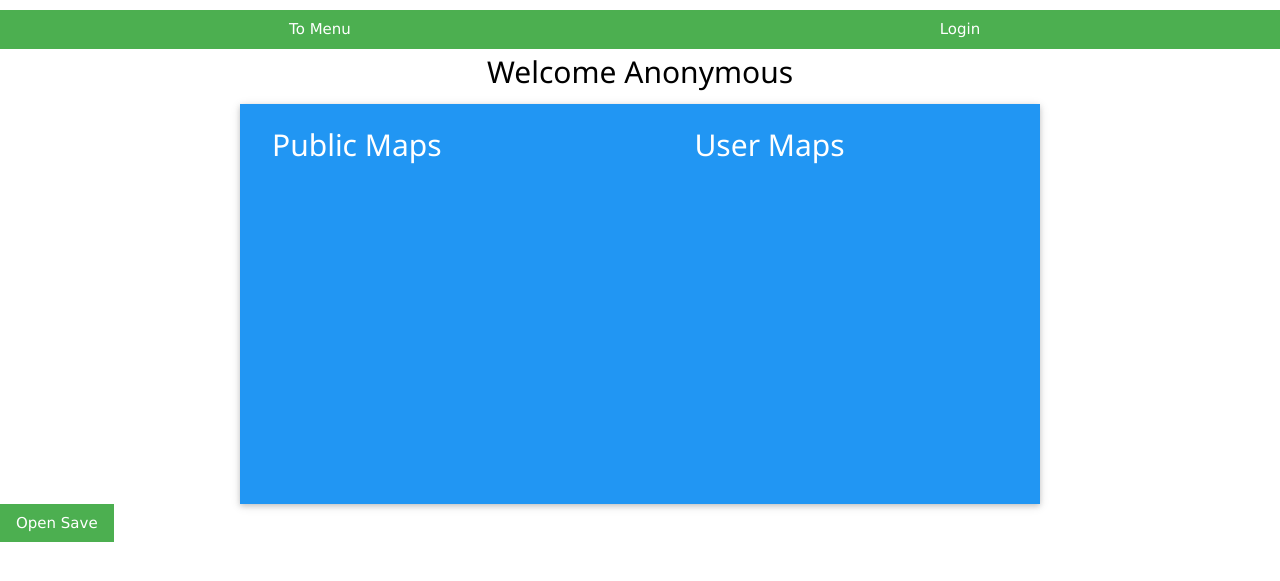
Repository: ReactorDevelopment/environment
Page: public/database.html
The author's editor kept a record of every edit. The page is drawn from the files as they stood at one moment, then again after the next edit.
The browser window is 1280 px wide. The pictures show the whole page.
The page's requests for data from a server got no answer.

Above is the page before.

### public/database.html
<html lang="en">
    <head>
        <meta charset="UTF-8">
        <title>Title</title>
        <script src="https://ajax.googleapis.com/ajax/libs/jquery/3.5.1/jquery.min.js"></script>
    </head>
    <meta name="viewport" content="width=device-width, initial-scale=1">
    <link rel="stylesheet" href="https://www.w3schools.com/w3css/4/w3.css">
    <body>
        <div style="width:100%">
            <button onclick="toMenu()" class="w3-half w3-button w3-green w3-hover-light-green">To Menu</button>
            <button id="loginBtn" class="w3-half w3-button w3-green w3-hover-light-green"></button>
        </div>
        <h2 id="welcome" class="w3-center"></h2>
        <div style="height:400px; width:800px; margin: auto;" class="w3-container w3-blue w3-card">
            <ul id="saveHolder" class="w3-ul" style="width:45%; height:100%; overflow:auto; top:0; float: left;">
                <li><h2>Public Maps</h2></li>
            </ul>
            <ul id="userSaveHolder" class="w3-ul" style="width:45%; height:100%; overflow:auto; top:0; float: right;">
                <li><h2>User Maps</h2></li>
            </ul>
        </div>
        <button onclick="toMap()" class="w3-button w3-green w3-hover-light-green">Open Save</button>
        <button id="visToggle" onclick="setVisibility()" style="float: right; visibility: hidden;"></button>
        <p id="showErr"></p>
    </body>
    <script>
        let saves = [];
        let queried = 0;
        let name;
        let username;
        let userId;
        dbInit();
        let selectedSave;
        function dbInit(){
            name = getCookie("name");
            username = getCookie("username");
            userId = getCookie("userid");
            if(name !== null && name !== ""){
                document.getElementById("welcome").innerHTML = "Welcome "+name;
                document.getElementById("loginBtn").innerHTML = "Logout";
                document.getElementById("loginBtn").onclick = function(){logout()};
            }
            else{
                document.getElementById("welcome").innerHTML = "Welcome Anonymous";
                document.getElementById("loginBtn").innerHTML = "Login";
                document.getElementById("loginBtn").onclick = function(){toLogin()};
            }
            refreshTables()
        }
        function refreshTables(){
            const request = new XMLHttpRequest();
            const url='/querrymaps';
            request.open("POST", url, true);
            request.send(null);

            request.onreadystatechange = (e) => {
                try{
                    parseTable(request.responseText);
                    showSaves();
                }catch(e){}
            };
        }
        function parseTable(jsonStr){
            if(jsonStr.length === 0) return;
            let response = JSON.parse(jsonStr);
            saves = [];
            for(let i=0; i<response.length; i++){
                console.log("Response "+i+": "+response[i].id);
                saves.push([response[i].file, response[i].username, response[i].content, response[i].public, response[i].id]);
            }
        }
        function loadSave(saveTile){
            console.log("Id: "+saveTile.id);
            for(let i=0; i<document.getElementById("saveHolder").childElementCount; i++)
                document.getElementById("saveHolder").children[i].classList.remove("w3-green");
            for(let i=0; i<document.getElementById("userSaveHolder").childElementCount; i++)
                document.getElementById("userSaveHolder").children[i].classList.remove("w3-green");
            saveTile.classList.add("w3-green");
            selectedSave = saveTile;

            for(let i=0; i<saves.length; i++)
                if(selectedSave.id === (saves[i][1]+"."+saves[i][0]) && saves[i][1] === username){
                    document.getElementById("visToggle").style.visibility = "visible";
                    if(saves[i][3] === 0)
                        document.getElementById("visToggle").innerHTML = "Make Visible";
                    else
                        document.getElementById("visToggle").innerHTML = "Make Private";
                    break;
                }
                else if(selectedSave.id === (saves[i][1]+"."+saves[i][0]))
                    document.getElementById("visToggle").style.visibility = "hidden";

        }
        function showSaves(){
            document.getElementById("saveHolder").innerHTML = "<li><h2>Public Maps</h2></li>";
            document.getElementById("userSaveHolder").innerHTML = "<li><h2>User Maps</h2></li>";
            for(let i=0; i<saves.length; i++){
                let save = document.createElement("LI");
                save.id = saves[i][1]+"."+saves[i][0];
                save.className = "saveTile w3-container w3-hover-light-green";
                save.addEventListener("click", function(){
                    loadSave(this);
                });

                let name = document.createElement("SPAN");
                name.innerHTML = saves[i][0];
                name.style="width:50%; float:left";

                let author = document.createElement("SPAN");
                author.style="width:50%; float:right";
                author.innerHTML = saves[i][1];

                save.appendChild(name);
                save.appendChild(author);

                if(saves[i][3] === 0 && saves[i][1] === username)
                    document.getElementById("userSaveHolder").appendChild(save);
                else if(saves[i][3] === 1)
                    document.getElementById("saveHolder").appendChild(save);

            }
            if(document.getElementById("saveHolder").childElementCount === 0 && queried === 1){
                let msg = document.createElement("P");
                msg.innerHTML = "Nothing to see here";
                document.getElementById("saveHolder").appendChild(msg);
            }
        }
        function setVisibility(){
            if(selectedSave !== undefined){
                for(let i=0; i<saves.length; i++){
                    if(selectedSave.id === (saves[i][1]+"."+saves[i][0]) && saves[i][1] === username){
                        const request = new XMLHttpRequest();
                        const url='/mapvisibility';
                        let isVisible;
                        if(saves[i][3] === 0) isVisible = 1;
                        else isVisible = 0;
                        let params = 'mapid='+saves[i][4]+'&vis='+isVisible;
                        request.open("POST", url, true);
                        request.setRequestHeader("Content-type", "application/x-www-form-urlencoded");
                        request.onreadystatechange = (e) => {
                            console.log(request.responseText);
                            document.getElementById("saveHolder").innerHTML = "";
                            document.getElementById("userSaveHolder").innerHTML = "";
                            refreshTables();
                        };
                        request.send(params);
                        break;
                    }
                    else if (selectedSave.id === (saves[i][1]+"."+saves[i][0]))
                        document.getElementById("showErr").innerHTML = "You must own the save to change its visibility";
                }
            }
        }
        function toMap(){
            document.getElementById("showErr").innerHTML = "";
            if(selectedSave !== undefined){
                for(let i=0; i<saves.length; i++){
                    if(selectedSave.id === (saves[i][1]+"."+saves[i][0])){
                        window.open("/map.html?mapstr="+saves[i][2], "_self");
                        break;
                    }
                }
            }
            else
                document.getElementById("showErr").innerHTML = "You must select a save file";
        }
        function toMenu(){
            window.open("/", "_self");
        }
        function toLogin(){
            window.open("/login.html", "_self");
        }
        function logout(){
            document.cookie = "username=;path=/;";
            document.cookie = "name=;path=/;";
            document.cookie = "userid=;path=/;";
            dbInit();
        }
        function getCookie(name){
            let cookies = decodeURIComponent(document.cookie);
            cookies = cookies.split(';');
            let cookieIndex = cookies.indexOf(";"+name+"=")+name.length+2;
            for(let i = 0; i <cookies.length; i++) {
                let c = cookies[i];
                while (c.charAt(0) === ' ') {
                  c = c.substring(1);
                }
                if (c.indexOf(name) == 0) {
                  return c.substring(name.length+1, c.length);
                }
              }
              return null;
        }
    </script>
</html>

After the next edit:
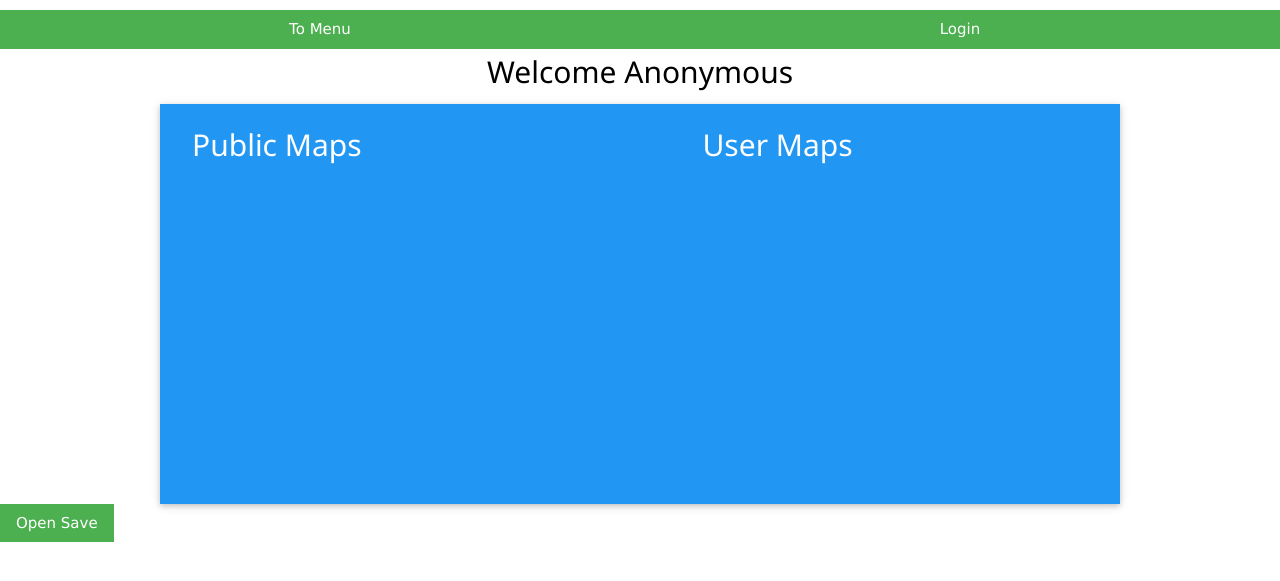
The edit:
--- a/public/database.html
+++ b/public/database.html
@@ -12,7 +12,7 @@
             <button id="loginBtn" class="w3-half w3-button w3-green w3-hover-light-green"></button>
         </div>
         <h2 id="welcome" class="w3-center"></h2>
-        <div style="height:400px; width:800px; margin: auto;" class="w3-container w3-blue w3-card">
+        <div style="height:400px; width:75%; margin: auto;" class="w3-container w3-blue w3-card">
             <ul id="saveHolder" class="w3-ul" style="width:45%; height:100%; overflow:auto; top:0; float: left;">
                 <li><h2>Public Maps</h2></li>
             </ul>
